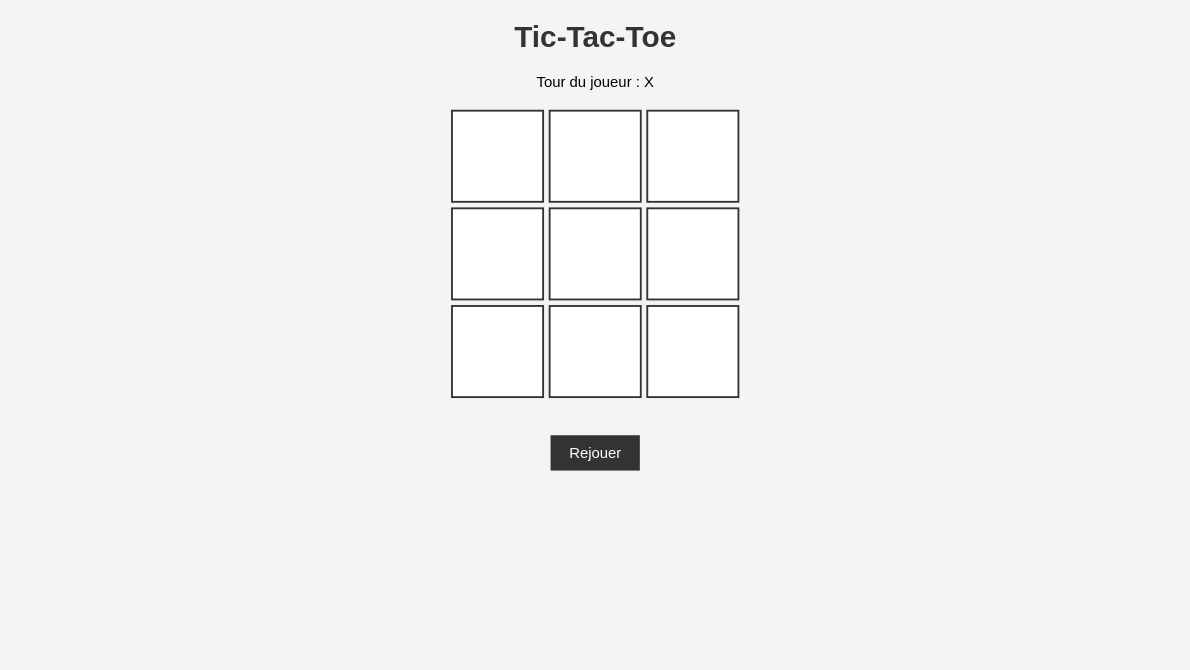
Repository: FTheo57/EvaluationGit
Page: index.html
The author's editor kept a copy of each file at every save. The page is drawn from the files as they stood at one save, then again after the next save.
The browser window is 1280 px wide. The pictures show the whole page, at 93% of full size.

Above is the page before, as saved 2025-03-10 15:57:32.

### index.html
<!DOCTYPE html>
<html lang="fr">
<head>
    <meta charset="UTF-8">
    <meta name="viewport" content="width=device-width, initial-scale=1.0">
    <title>Tic-Tac-Toe</title>
    <link rel="stylesheet" href="styles.css">
</head>
<body>
    <h1>Tic-Tac-Toe</h1>
    <p id="turn">Tour du joueur : X</p>

    <div class="grid">
        <button class="cell" data-index="0"></button>
        <button class="cell" data-index="1"></button>
        <button class="cell" data-index="2"></button>
        <button class="cell" data-index="3"></button>
        <button class="cell" data-index="4"></button>
        <button class="cell" data-index="5"></button>
        <button class="cell" data-index="6"></button>
        <button class="cell" data-index="7"></button>
        <button class="cell" data-index="8"></button>
    </div>

    <button id="reset">Rejouer</button>

    <script src="script.js"></script>
</body>
</html>

### css/styles.css
body {
    font-family: Arial, sans-serif;
    text-align: center;
    background-color: #f4f4f4;
}

h1 {
    color: #333;
}

.grid {
    display: grid;
    grid-template-columns: repeat(3, 100px);
    grid-template-rows: repeat(3, 100px);
    gap: 5px;
    margin: 20px auto;
    width: max-content;
}

.cell {
    width: 100px;
    height: 100px;
    font-size: 2rem;
    background-color: white;
    border: 2px solid #333;
    cursor: pointer;
}

.cell:hover {
    background-color: #ddd;
}

#reset {
    margin-top: 20px;
    padding: 10px 20px;
    font-size: 1rem;
    background-color: #333;
    color: white;
    border: none;
    cursor: pointer;
}

#reset:hover {
    background-color: #555;
}

Loaded but not shown: js/script.js (no copy from this time; the picture is the same without it)

After the next save:
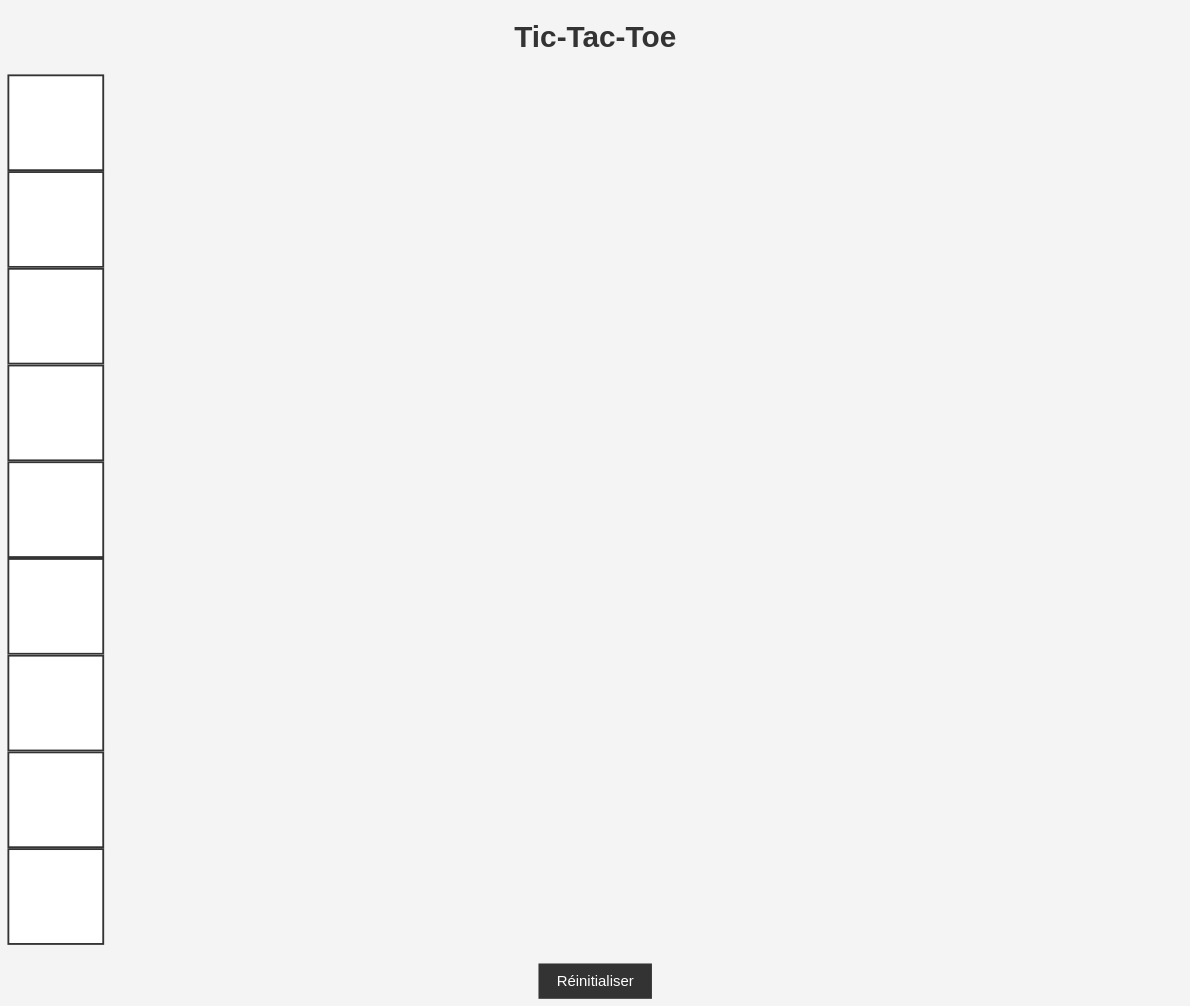
Saved 74 s later.
--- a/index.html
+++ b/index.html
@@ -7,22 +7,21 @@
     <link rel="stylesheet" href="styles.css">
 </head>
 <body>
-    <h1>Tic-Tac-Toe</h1>
-    <p id="turn">Tour du joueur : X</p>
-
-    <div class="grid">
-        <button class="cell" data-index="0"></button>
-        <button class="cell" data-index="1"></button>
-        <button class="cell" data-index="2"></button>
-        <button class="cell" data-index="3"></button>
-        <button class="cell" data-index="4"></button>
-        <button class="cell" data-index="5"></button>
-        <button class="cell" data-index="6"></button>
-        <button class="cell" data-index="7"></button>
-        <button class="cell" data-index="8"></button>
+    <div class="container">
+        <h1>Tic-Tac-Toe</h1>
+        <div class="game-board" id="game-board">
+            <div class="cell" data-index="0"></div>
+            <div class="cell" data-index="1"></div>
+            <div class="cell" data-index="2"></div>
+            <div class="cell" data-index="3"></div>
+            <div class="cell" data-index="4"></div>
+            <div class="cell" data-index="5"></div>
+            <div class="cell" data-index="6"></div>
+            <div class="cell" data-index="7"></div>
+            <div class="cell" data-index="8"></div>
+        </div>
+        <button id="reset">Réinitialiser</button>
     </div>
-
-    <button id="reset">Rejouer</button>
 
     <script src="script.js"></script>
 </body>
